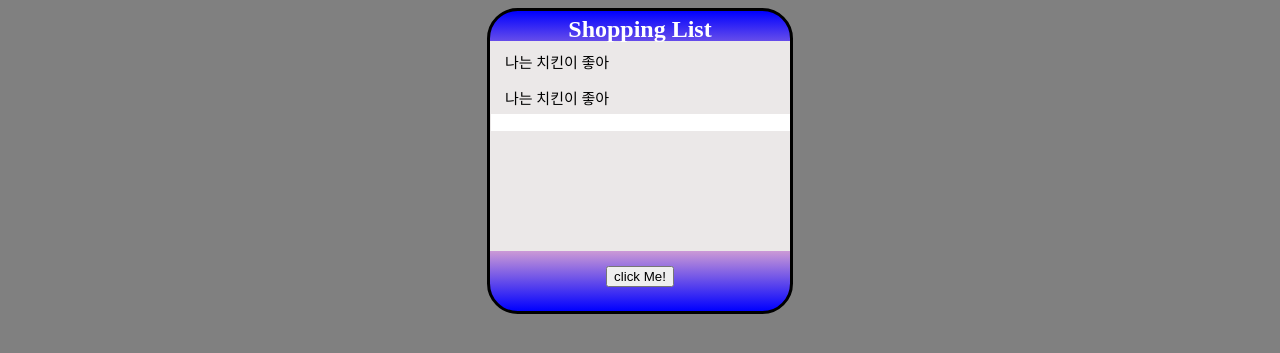
Repository: DevMinwoo-Jung/JavaScript101
Page: WebApIs/shoppingApp/index.html
The author's editor kept a copy of each file at every save. The page is drawn from the files as they stood at one save, then again after the next save.
The browser window is 1280 px wide. The pictures show the whole page.

Above is the page before, as saved 2021-06-14 11:33:40.

After the next save:
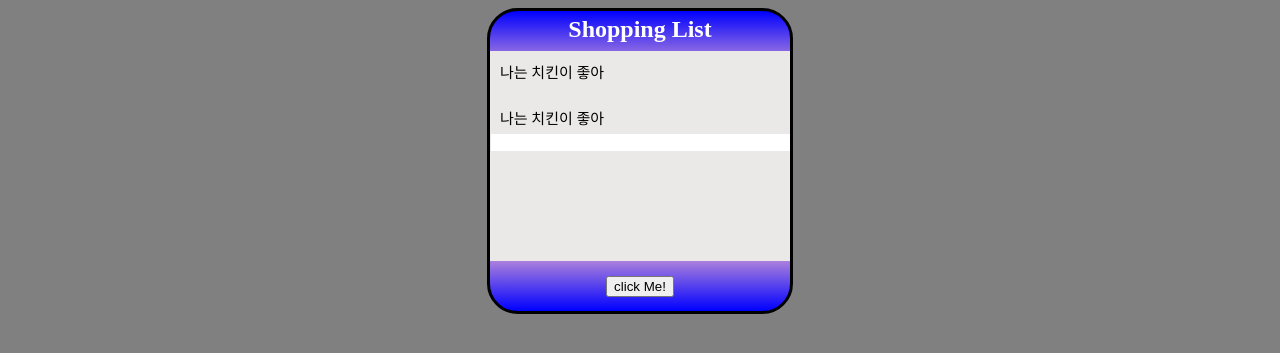
Saved 10 s later.
--- a/WebApIs/shoppingApp/style.css
+++ b/WebApIs/shoppingApp/style.css
@@ -38,7 +38,7 @@ body {
   padding-left: 10px;
   padding-top: 10px;
   font-size: 15px;
-  margin: 5px;
+  margin-bottom: 5px;
 }
 
 .item__list__input {
